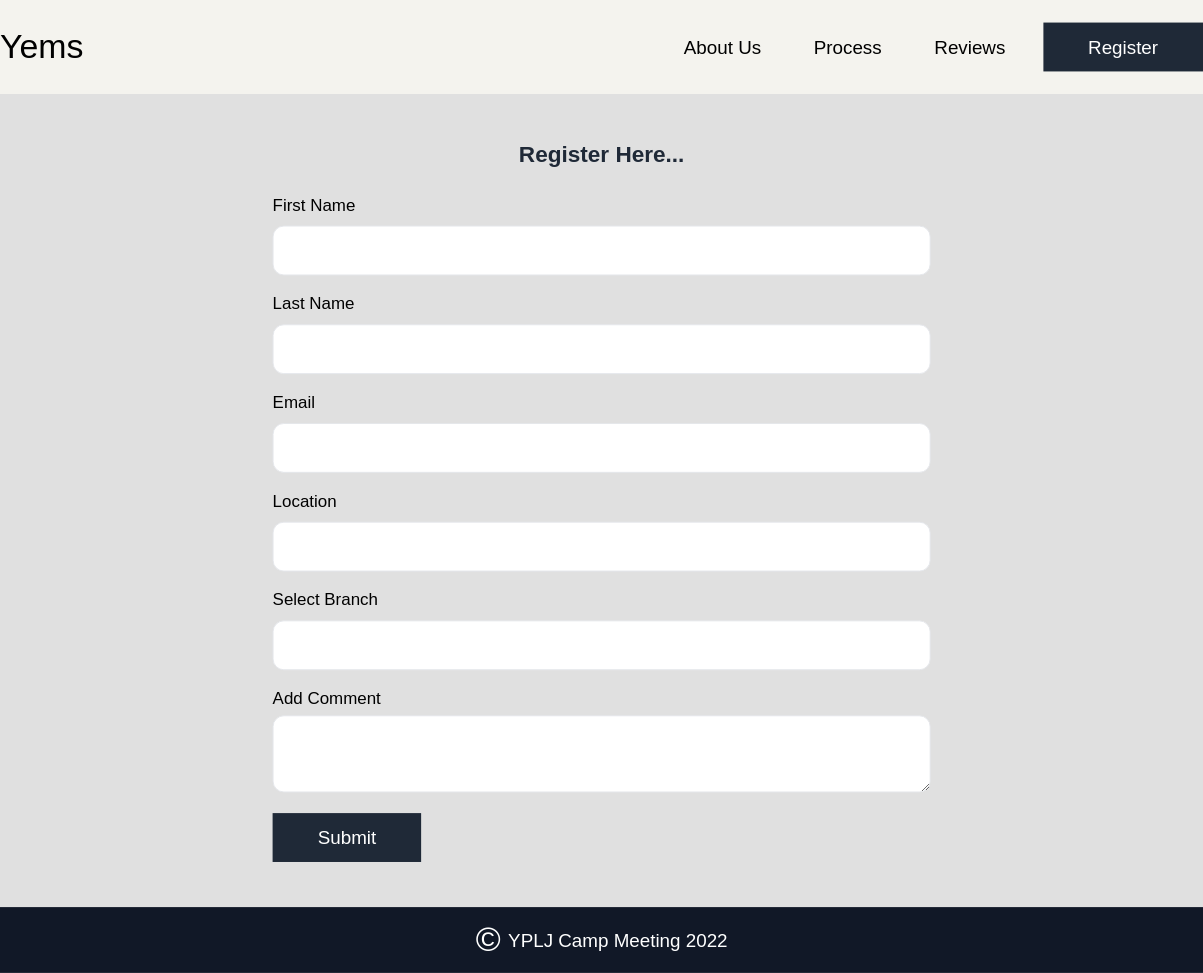
Repository: Ifenna-Pascal/user-camp-onboarding
Page: /register
The author's editor kept a copy of each file at every save. The page is drawn from the files as they stood at one save, then again after the next save.
The browser window is 1280 px wide. The pictures show the whole page, at 94% of full size.
Some web fonts or font styles are not loaded; a fallback is used. The project was rebuilt for these pictures with package versions that can differ from the ones it lists, and the page was loaded fresh each time. The framework's server and built-in components were replaced by stand-ins that run in the browser. Also part of the build but not shown: next.config.js.

Above is the page before, as saved 2022-11-18 07:20:03.

### pages/_app.js
import Mainlayout from "../components/layout";
import "../styles/globals.css";
import "remixicon/fonts/remixicon.css";

function MyApp({ Component, pageProps }) {
  return (
    <Mainlayout>
      <Component {...pageProps} />
    </Mainlayout>
  );
}

export default MyApp;

### pages/register.jsx
import React from "react";
import Button from "../components/general/Button";
import Input from "../components/general/Input";

function Register() {
  const handleSubmit = (e) => {
    e.preventDefault();
  };
  return (
    <div className="max-w-[1000px] my-12 mx-auto ">
      <h1 className="text-gray-800 text-2xl mb-6 font-semibold text-center font-sono block">
        Register Here...
      </h1>
      <form
        className="min-h-[400px] max-w-[700px] mx-auto"
        onSubmit={handleSubmit}
      >
        <Input label="First Name" />
        <Input label="Last Name" />
        <Input label="Email" />
        <Input label="Location" />
        <Input label="Select Branch" />
        <Input label="Add Comment" textArea={true} />
        <Button text={"Submit"} />
      </form>
    </div>
  );
}

export default Register;

### components/layout/index.jsx
import React from "react";
import Footer from "./Footer";
import Nav from "./Nav";

function Mainlayout({ children }) {
  return (
    <div className="bg-[#e0e0e0]">
      <Nav />
      <main>{children}</main>
      <Footer />
    </div>
  );
}

export default Mainlayout;

### styles/globals.css
@import url('https://fonts.googleapis.com/css2?family=Poppins&family=Sono:wght@400;500&display=swap');
@import url('https://fonts.googleapis.com/css2?family=Montserrat&family=Source+Sans+Pro&display=swap');

* {
  padding: 0;
  margin: 0;
  box-sizing: border-box;
  scroll-behavior: smooth;
}

html,
body {
  padding: 0;
  margin: 0;
  font-family: -apple-system, BlinkMacSystemFont, Segoe UI, Roboto, Oxygen,
    Ubuntu, Cantarell, Fira Sans, Droid Sans, Helvetica Neue, sans-serif;
}

a {
  color: inherit;
  text-decoration: none;
}

* {
  box-sizing: border-box;
}

@media (prefers-color-scheme: dark) {
  html {
    color-scheme: dark;
  }
  body {
    color: white;
    background: black;
  }
}

@tailwind base;
@tailwind components;
@tailwind utilities;

### components/general/Button.jsx
import React from "react";

function Button({ text }) {
  return (
    <button className="bg-gray-800 px-12 py-3 hover:bg-white hover:text-black hover:border hover:border-black duration-500 hover:ease-in-out text-white font-sono text-xl ">
      {text}
    </button>
  );
}

export default Button;

### components/general/Input.jsx
import React from "react";

function Input({ type = "text", placeholder, label, name, textArea, ...rest }) {
  return (
    <div className="mb-4">
      <label className="text-lg  font-sono" htmlFor="label">
        {label}
      </label>
      {textArea ? (
        <textArea
          className="border  text-gray-700 mt-1 focus:border-AP-blue-100  rounded-[12px] focus:outline-none w-full text-[16px] font-montserat px-4 py-4 h-full placeholder:font-sansPro"
          required
        ></textArea>
      ) : (
        <input
          type={type}
          name={name}
          {...rest}
          placeholder={placeholder}
          className="border  text-gray-700 mt-2 focus:border-AP-blue-100  rounded-[12px] focus:outline-none w-full text-[16px] font-montserat px-4 py-4 h-full placeholder:font-sansPro"
          required
        />
      )}
    </div>
  );
}

export default Input;

### components/layout/Footer.jsx
import React from "react";

function Footer() {
  return (
    <div className="bg-gray-900 w-full h-[70px]  flex items-center justify-center">
      <p className="text-center flex items-center text-white font-sono text-xl">
        {" "}
        <span className="text-4xl mr-2">&copy;</span> YPLJ Camp Meeting 2022{" "}
      </p>
    </div>
  );
}

export default Footer;

### components/layout/Nav.jsx
import Link from "next/link";
import React, { useState } from "react";
import Button from "../general/Button";
import NavLink from "../general/NavLink";

function Nav() {
  const [show, setShow] = useState(false);
  const toggle = () => {
    setShow(!show);
  };
  return (
    <div className="sticky top-0 mb-4 z-50 bg-[#f4f3ee]">
      <nav className="w-full py-6 flex items-center mx-4 lg:max-w-[1450px] lg:mx-auto justify-between">
        <Link href="/">
          {" "}
          <h1 className="font-sono text-4xl ">Yems</h1>
        </Link>
        <ul className="lg:flex items-center hidden justify-between">
          <NavLink href="/#home" name="About Us" />
          <NavLink href="/#process" name="Process" />
          <NavLink href="/#reviews" name="Reviews" />
          <Link href="/register">
            <Button text="Register" />
          </Link>
        </ul>
        <button
          className='block md:hidden className="w-full px-2 py-1 rounded-lg text-AP-grey-200 hover:text-AP-blue-200 border-AP-grey-200 hover:border-AP-blue-400'
          onClick={toggle}
        >
          <i
            className={`${
              !show ? "ri-menu-3-fill duration-500" : "ri-close-line"
            } text-2xl text-gray-800`}
          />
        </button>
      </nav>
      <div
        className={`flex lg:hidden ${
          show
            ? "flex lg:hidden duration-500  flex-col items-center pt-2 pb-8"
            : "py-0"
        }`}
      >
        <NavLink href="/#home" name="About Us" />
        <NavLink href="/#process" name="Process" />
        <NavLink href="/#reviews" name="Reviews" />
        <Link href="/register">
          <Button text="Register" />
        </Link>
      </div>
    </div>
  );
}

export default Nav;

### components/general/NavLink.jsx
import Link from "next/link";
import React from "react";

function NavLink({ href, name }) {
  return (
    <Link href={href}>
      <span className="text-black px-4 text-xl font-sono mr-6 font-500">
        {name}
      </span>
    </Link>
  );
}

export default NavLink;

### tailwind.config.js
/** @type {import('tailwindcss').Config} */
module.exports = {
  content: [
    "./pages/**/*.{js,ts,jsx,tsx}",
    "./components/**/*.{js,ts,jsx,tsx}",
  ],

  theme: {
    extend: {
      fontFamily: {
        sono: ["Sono", "sans-serif"],
        poppins: ["Poppins", "sans-serif"],
        montserat: ["Montserrat", "sans-serif"],
      },
    },
  },
  plugins: [],
};

After the next save:
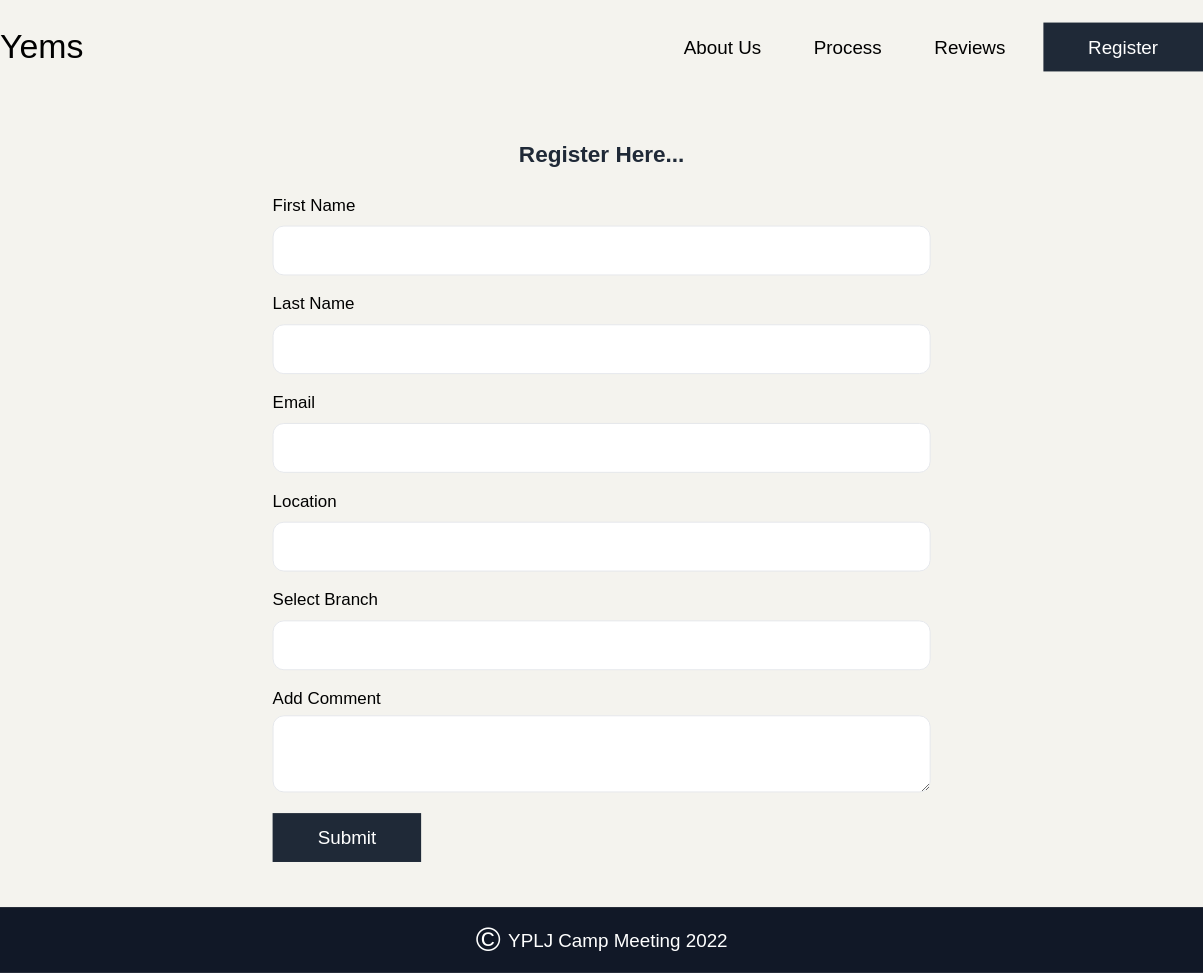
Saved 23 s later.
--- a/components/layout/index.jsx
+++ b/components/layout/index.jsx
@@ -4,7 +4,7 @@ import Nav from "./Nav";
 
 function Mainlayout({ children }) {
   return (
-    <div className="bg-[#e0e0e0]">
+    <div className="bg-[#f4f3ee]">
       <Nav />
       <main>{children}</main>
       <Footer />
